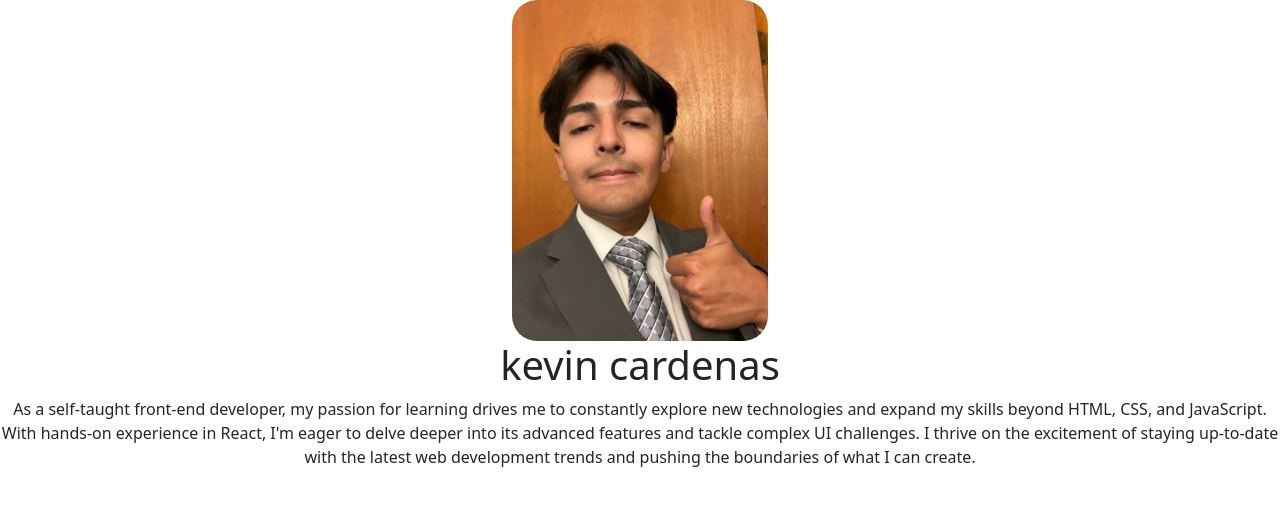
Repository: elqueben/elqueben.github.io
Page: public/index.html
These files come from the project's save history. The page is drawn as it stood at one moment and after the next save; the edit follows.
The browser window is 1280 px wide. The pictures show the whole page.

Above is the page before, as saved 2023-06-20 11:46:39.

### public/index.html
<!DOCTYPE html>
<html lang="en">
<head>
  <meta charset="UTF-8">
  <meta name="viewport" content="width=device-width, initial-scale=1.0">
  <link rel="stylesheet" href="https://cdn.jsdelivr.net/npm/bootstrap@5.2.3/dist/css/bootstrap.min.css" integrity="sha384-rbsA2VBKQhggwzxH7pPCaAqO46MgnOM80zW1RWuH61DGLwZJEdK2Kadq2F9CUG65" crossorigin="anonymous">
  <link rel="stylesheet" href="styles.css">
  <title>Kevin Cardenas</title>
</head>
<body>
  <div>
    <img id="pfp" src="me.jpg" />
  </div>
  <h1 class="text-center">kevin cardenas</h1>
  <p class="text-center">As a self-taught front-end developer, my passion for learning drives me to constantly explore new technologies and expand my skills beyond HTML, CSS, and JavaScript. With hands-on experience in React, I'm eager to delve deeper into its advanced features and tackle complex UI challenges. I thrive on the excitement of staying up-to-date with the latest web development trends and pushing the boundaries of what I can create.</p>
</body>
</html>

### public/styles.css
#pfp {
    width: 20%;
    display: block;
    margin: 0 auto;
    border-radius: 25px;
    box-shadow: 5px;
  }

After the next save:
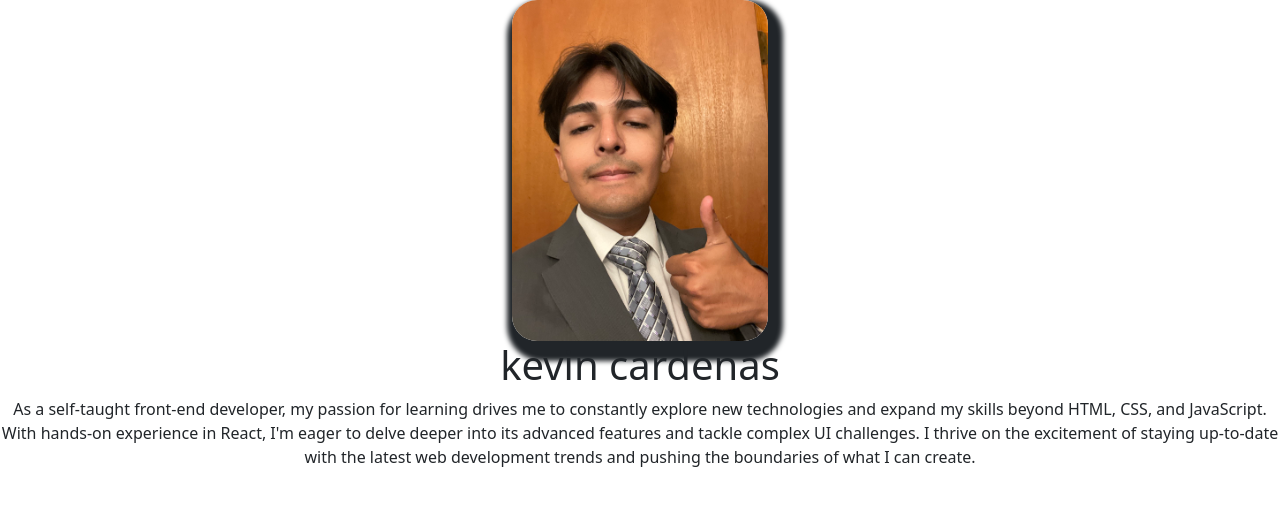
Saved 6 s later.
--- a/public/styles.css
+++ b/public/styles.css
@@ -3,5 +3,5 @@
     display: block;
     margin: 0 auto;
     border-radius: 25px;
-    box-shadow: 5px;
+    box-shadow: 5px 10px 5px 10px;
   }
